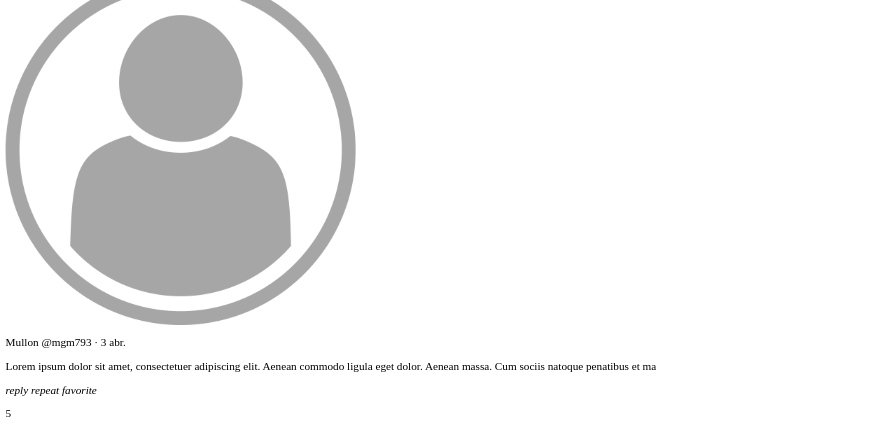
Repository: mgm793/EPAW
Page: http://localhost/Twitter/Time.jsp
These files come from the project's save history. The page is drawn as it stood at one moment and after the next save; the edit follows.
The browser window is 1280 px wide. The pictures show the part of the page from y = 1886 to 3806 px (the page is 2502 px tall before and 3806 px after), at 70% of full size.
The page is served by Tomcat 9. Other server files are loaded and not shown.

Above is the page before, as saved 2017-05-23 14:36:30.

### Twitter/WebContent/Time.jsp
<div class="bodyLeft">

</div>
<div class="bodyCenter">
	<p class="type"> Timeline </p>
	<div class="input">
		<img src="imgs/logo_user.png" alt="img">
		<textarea id="inputTweet" maxlength="140" placeholder="What a hack?"></textarea>
	</div>
	<div class="tweets">
		<div class="tweet">
			<img src="imgs/logo_user.png" alt="img">
			<p class="header">
				<span class="bold">Mullon</span>
				<span class="grey">@mgm793</span>
				<span class="grey"> · </span>
				<span class="grey">3 abr.</span>
			</p>
			<p class="bodytweet">
				Lorem ipsum dolor sit amet, consectetuer adipiscing elit. Aenean commodo ligula eget dolor. Aenean massa. Cum sociis natoque penatibus et ma
			</p>
			<div class="options">
				<i class="material-icons" id="reply">reply</i>
				<i class="material-icons" id="retuit">repeat</i>
				<i class="material-icons" id="fav">favorite</i><p id="numFav">5</p>
			</div>
		</div>
		<div class="tweet">
			<img src="imgs/logo_user.png" alt="img">
			<p class="header">
				<span class="bold">Mullon</span>
				<span class="grey">@mgm793</span>
				<span class="grey"> · </span>
				<span class="grey">3 abr.</span>
			</p>
			<p class="bodytweet">
				Lorem ipsum dolor sit amet, consectetuer adipiscing elit. Aenean commodo ligula eget dolor. Aenean massa. Cum sociis natoque penatibus et ma
			</p>
			<div class="options">
				<i class="material-icons" id="reply">reply</i>
				<i class="material-icons" id="retuit">repeat</i>
				<i class="material-icons" id="fav">favorite</i><p id="numFav">5</p>
			</div>
		</div>
		<div class="tweet">
			<img src="imgs/logo_user.png" alt="img">
			<p class="header">
				<span class="bold">Mullon</span>
				<span class="grey">@mgm793</span>
				<span class="grey"> · </span>
				<span class="grey">3 abr.</span>
			</p>
			<p class="bodytweet">
				Lorem ipsum dolor sit amet, consectetuer adipiscing elit. Aenean commodo ligula eget dolor. Aenean massa. Cum sociis natoque penatibus et ma
			</p>
			<div class="options">
				<i class="material-icons" id="reply">reply</i>
				<i class="material-icons" id="retuit">repeat</i>
				<i class="material-icons" id="fav">favorite</i><p id="numFav">5</p>
			</div>
		</div>

	</div>
</div>
<div class="bodyRight">

</div>

After the next save:
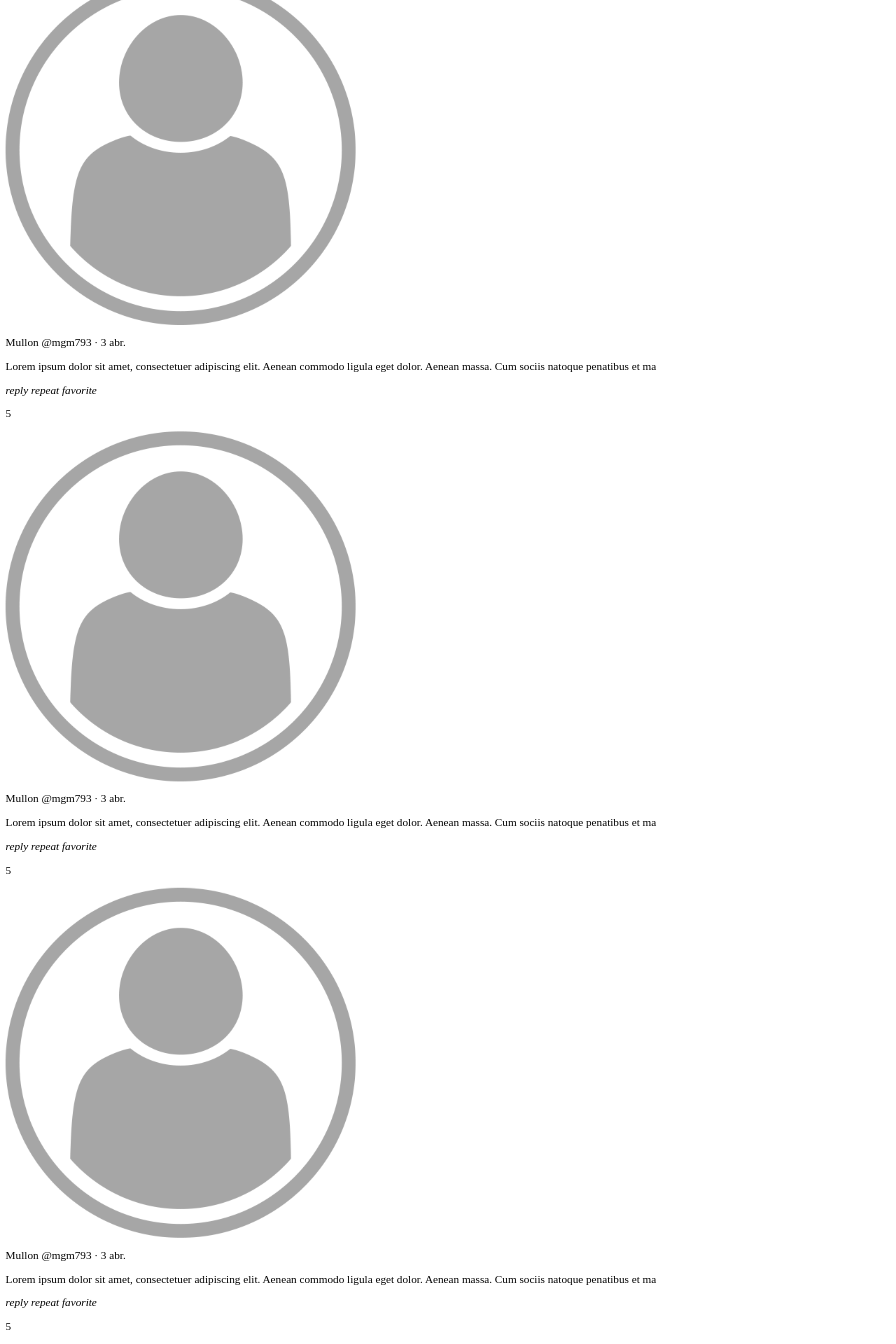
Saved 9 s later.
--- a/Twitter/WebContent/Time.jsp
+++ b/Twitter/WebContent/Time.jsp
@@ -59,6 +59,40 @@
 				<i class="material-icons" id="fav">favorite</i><p id="numFav">5</p>
 			</div>
 		</div>
+		<div class="tweet">
+			<img src="imgs/logo_user.png" alt="img">
+			<p class="header">
+				<span class="bold">Mullon</span>
+				<span class="grey">@mgm793</span>
+				<span class="grey"> · </span>
+				<span class="grey">3 abr.</span>
+			</p>
+			<p class="bodytweet">
+				Lorem ipsum dolor sit amet, consectetuer adipiscing elit. Aenean commodo ligula eget dolor. Aenean massa. Cum sociis natoque penatibus et ma
+			</p>
+			<div class="options">
+				<i class="material-icons" id="reply">reply</i>
+				<i class="material-icons" id="retuit">repeat</i>
+				<i class="material-icons" id="fav">favorite</i><p id="numFav">5</p>
+			</div>
+		</div>
+		<div class="tweet">
+			<img src="imgs/logo_user.png" alt="img">
+			<p class="header">
+				<span class="bold">Mullon</span>
+				<span class="grey">@mgm793</span>
+				<span class="grey"> · </span>
+				<span class="grey">3 abr.</span>
+			</p>
+			<p class="bodytweet">
+				Lorem ipsum dolor sit amet, consectetuer adipiscing elit. Aenean commodo ligula eget dolor. Aenean massa. Cum sociis natoque penatibus et ma
+			</p>
+			<div class="options">
+				<i class="material-icons" id="reply">reply</i>
+				<i class="material-icons" id="retuit">repeat</i>
+				<i class="material-icons" id="fav">favorite</i><p id="numFav">5</p>
+			</div>
+		</div>
 
 	</div>
 </div>
